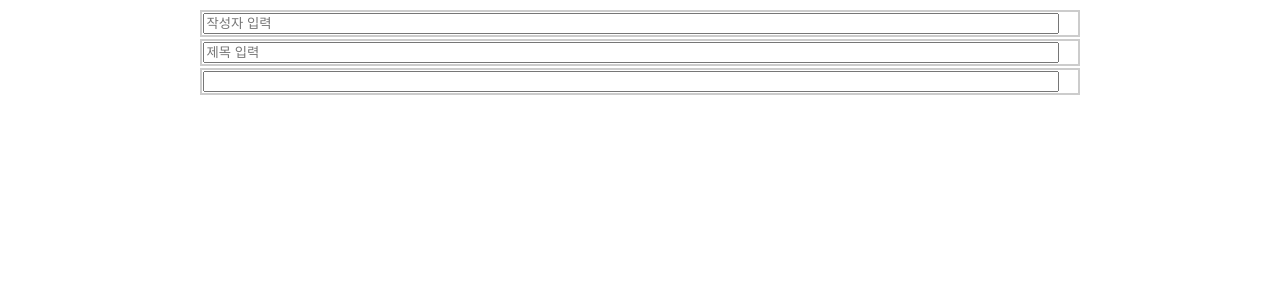
Repository: gudbrwkd98/JavaEE-JSP
Page: http://localhost/BoardApp/news/regist_form.jsp
An editor plug-in stored every save of this project. The page is shown before and after the next save, followed by the edit.
The browser window is 1280 px wide. The pictures show the whole page.
The page is served by Tomcat 9. Other server files are loaded and not shown.

Above is the page before, as saved 2020-12-09 02:11:16.

### BoardApp/WebContent/news/regist_form.jsp
<%@ page contentType="text/html;charset=utf-8"%>
<!DOCTYPE html>
<html>
<head>
<meta charset="utf-8">
<title>Insert title here</title>
<style>
table{
	width:70%;
}
td{
	border:2px solid #cccccc;
}

td input,textarea{
	width:97%;
}

</style>
<script>
</script>
</head>
<body>
	<table align="center">
		<tr>
			<td><input type="text" placeholder="작성자 입력"></td>
		</tr>
		<tr>
			<td><input type="text" placeholder="제목 입력"></td>
		</tr>
		<tr>
			<td><input type="area"></td>
		</tr>
	</table>
</body>
</html>

After the next save:
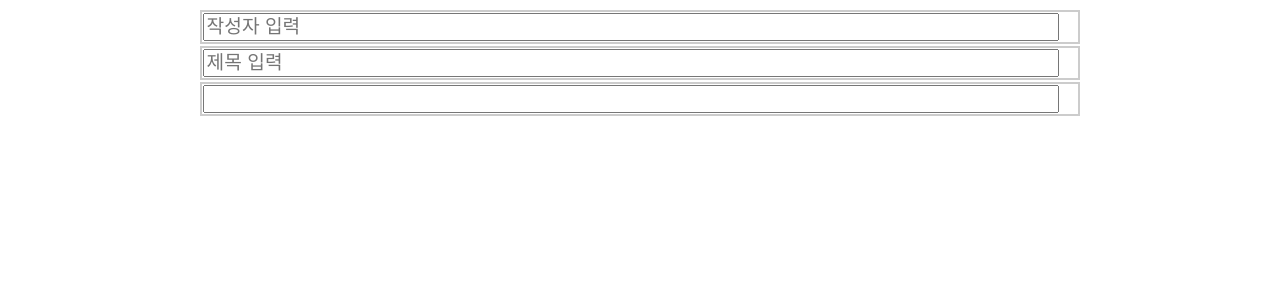
Saved 34 s later.
--- a/BoardApp/WebContent/news/regist_form.jsp
+++ b/BoardApp/WebContent/news/regist_form.jsp
@@ -14,6 +14,7 @@ td{
 
 td input,textarea{
 	width:97%;
+	font-size: 1.2em;
 }
 
 </style>
